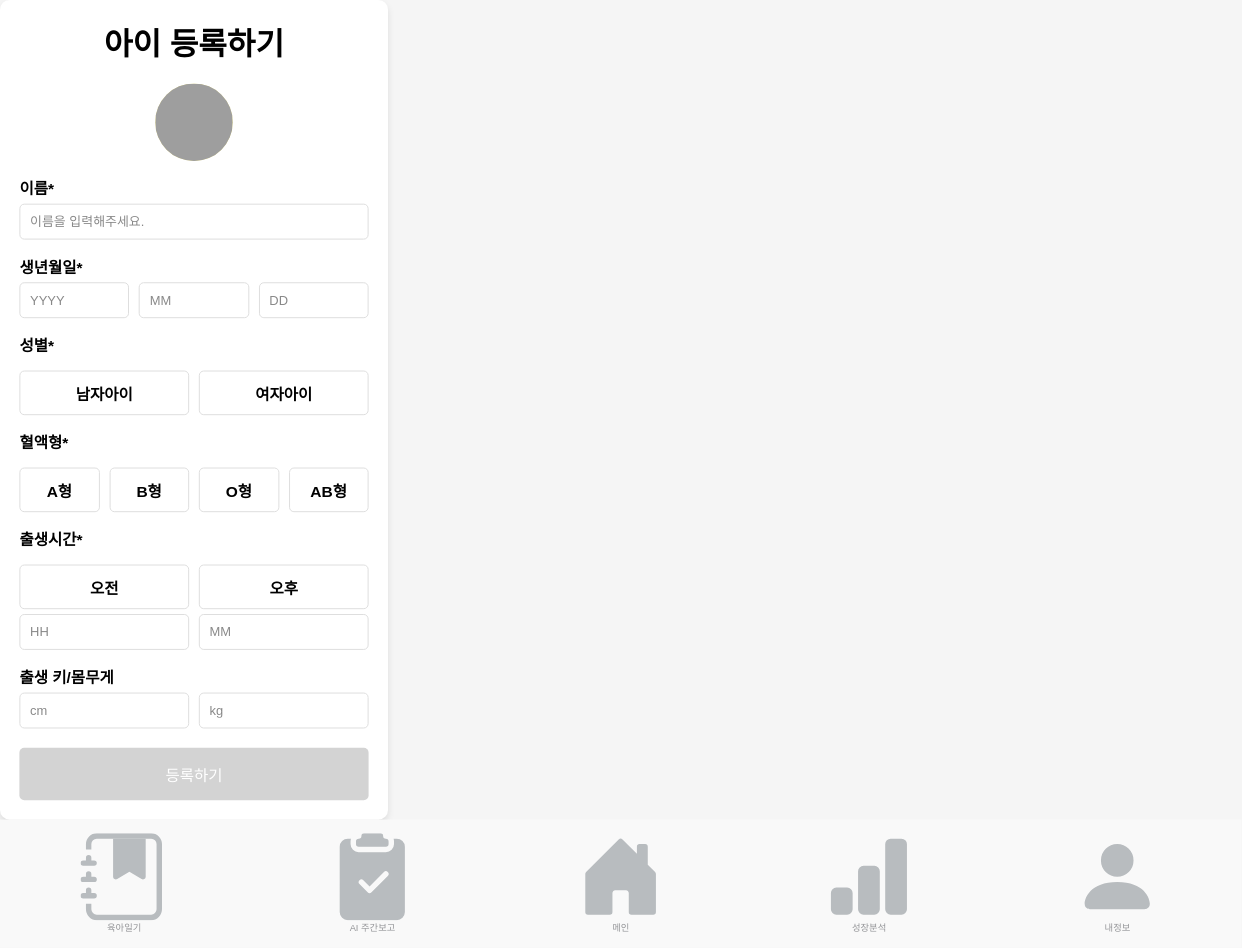
Repository: fromBirth/frombirth-frontend
Page: /mypage/register
The author's editor kept a copy of each file at every save. The page is drawn from the files as they stood at one save, then again after the next save.
The browser window is 1280 px wide. The pictures show the whole page, at 97% of full size.
Pictures or frames that could not be fetched are drawn as grey boxes. Some web fonts or font styles are not loaded; a fallback is used. The project was rebuilt for these pictures with package versions that can differ from the ones it lists, and the page was loaded fresh each time. Also part of the build but not shown: vite.config.js.

Above is the page before, as saved 2024-10-30 12:05:39.

### index.html
<!doctype html>
<html lang="en">
  <head>
    <meta charset="UTF-8" />
    <link rel="icon" type="image/svg+xml" href="/fromBirthIcon" />
    <meta name="viewport" content="width=device-width, initial-scale=1.0" />
    <script src="https://t1.kakaocdn.net/kakao_js_sdk/2.7.2/kakao.min.js" integrity="sha384-TiCUE00h649CAMonG018J2ujOgDKW/kVWlChEuu4jK2vxfAAD0eZxzCKakxg55G4" crossorigin="anonymous"></script>
    <title>fromBirth</title>
  </head>
  <body>
    <div id="root"></div>
    <script type="module" src="/src/main.jsx"></script>
  </body>
</html>

### src/main.jsx
/* src/main.jsx */

// StrictMode와 createRoot 함수를 React에서 import
import { StrictMode } from 'react'
import { createRoot } from 'react-dom/client'
// 애플리케이션의 메인 컴포넌트인 App을 import
import App from './App.jsx'

// React 애플리케이션의 루트 DOM 요소에 App 컴포넌트를 렌더링
createRoot(document.getElementById('root')).render(
  <StrictMode>
    <App />
  </StrictMode>,
)

### src/App.jsx
/* src/App.jsx */

// 전체 애플리케이션에 라우팅 기능을 제공하는 BrowserRouter를 import
import { BrowserRouter as Router } from 'react-router-dom';
// 전역적으로 인증 상태를 관리하기 위해 AuthProvider를 import
import { AuthProvider } from './contexts/AuthContext';
// 애플리케이션의 전체 라우팅 구성을 위한 AppRouter를 import
import AppRouter from './routes/AppRouter'; // 라우팅 설정을 불러옴

// App 컴포넌트는 애플리케이션의 최상위 컴포넌트로, 인증과 라우팅을 관리
function App() {
    return (
        <AuthProvider>  {/* 인증 컨텍스트 제공 */}
            <Router>  {/* 라우팅 제공 */}
                <AppRouter /> {/* 전체 라우팅 설정 */}
            </Router>
        </AuthProvider>
    );
}

// App 컴포넌트를 기본으로 내보내기
export default App;

### src/contexts/AuthContext.jsx
/* src/contexts/AuthContext.jsx */

import { createContext, useState } from 'react';

// Context 생성
export const AuthContext = createContext();

// Context Provider 컴포넌트
export const AuthProvider = ({ children }) => {
    const [isAuthenticated, setIsAuthenticated] = useState(false);

    // 로그인/로그아웃 상태 변경 함수
    const toggleAuth = () => {
        setIsAuthenticated(!isAuthenticated);
    };

    return (
        <AuthContext.Provider value={{ isAuthenticated, toggleAuth }}>
            {children}
        </AuthContext.Provider>
    );
};

### src/routes/AppRouter.jsx
/* src/routes/AppRouter.jsx */

// React Router의 Routes와 Route 컴포넌트를 사용해 라우팅 구성
import { Routes, Route, Navigate } from 'react-router-dom';
// React에서 컴포넌트를 동적 로딩할 수 있도록 Suspense와 lazy를 사용
import { Suspense, lazy } from 'react';
// PATHS 객체를 import하여 경로를 상수로 관리
import { PATHS } from './paths';
// 전체 레이아웃 컴포넌트로, 로그인이 필요한 페이지의 공통 레이아웃으로 사용
import Layout from '../components/common/Layout.jsx';
// 스피너 컴포넌트 import
import Spinner from '../components/common/Spinner.jsx';
// 전역 스타일 파일을 import하여 스타일 적용
import '/src/assets/styles/common.css';

// React.lazy를 사용하여 동적 import로 각 페이지를 로딩하여 초기 로딩 속도 최적화
const Login = lazy(() => import('../components/login/Login.jsx'));
const Dashboard = lazy(() => import('../components/dashboard/Dashboard.jsx'));
const BabyDiary = lazy(() => import('../components/baby-diary/BabyDiary.jsx'));
const DiaryList = lazy(() => import('../components/baby-diary/DiaryList.jsx'));
const DiaryListPhoto = lazy(() => import('../components/baby-diary/DiaryListPhoto.jsx'));
const DiaryRegister = lazy(() => import('../components/baby-diary/DiaryRegister.jsx'));
const DiaryDetail = lazy(() => import('../components/baby-diary/DiaryDetail.jsx'));
const WeeklyReport = lazy(() => import('../components/weekly-report/WeeklyReport.jsx'));
const GrowthAnalysis = lazy(() => import('../components/growth-analysis/GrowthAnalysis.jsx'));
const MyPage = lazy(() => import('../components/my-page/MyPage.jsx'));
const ChildRegister = lazy(() => import('../components/my-page/ChildRegister.jsx'));

function AppRouter() {
    return (
        // Suspense로 동적 로딩 중 스피너 화면 표시
        <Suspense fallback={<Spinner />}>
            <Routes>
                {/* 로그인 페이지 */}
                <Route path={PATHS.LOGIN} element={<Login />} />

                {/* 기본 경로에서 메인 대시보드 화면으로 리다이렉트 */}
                <Route path="/" element={<Navigate to={PATHS.DASHBOARD} />} />

                {/* Layout 컴포넌트를 상위 요소로 하여 로그인이 필요한 페이지 구성 */}
                <Route element={<Layout />}>
                    {/* 메인 대시보드 페이지 */}
                    <Route path={PATHS.DASHBOARD} element={<Dashboard />} />

                    {/* BabyDiary 관련 페이지 */}
                    <Route path={PATHS.BABY_DIARY} element={<BabyDiary />} />
                    <Route path={PATHS.DIARY_LIST} element={<DiaryList />} />
                    <Route path={PATHS.DIARY_LIST_PHOTO} element={<DiaryListPhoto />} />
                    <Route path={PATHS.DIARY_REGISTER} element={<DiaryRegister />} />
                    <Route path={PATHS.DIARY_DETAIL} element={<DiaryDetail />} />

                    {/* WeeklyReport 페이지 */}
                    <Route path={PATHS.WEEKLY_REPORT} element={<WeeklyReport />} />

                    {/* GrowthAnalysis 페이지 */}
                    <Route path={PATHS.GROWTH_ANALYSIS} element={<GrowthAnalysis />} />

                    {/* MyPage 관련 페이지 */}
                    <Route path={PATHS.MY_PAGE} element={<MyPage />} />
                    <Route path={PATHS.CHILD_REGISTER} element={<ChildRegister />} />
                </Route>
            </Routes>
        </Suspense>
    );
}

export default AppRouter;

### src/components/common/Spinner.jsx
/* src/components/Spinner.jsx */

const Spinner = () => {
    return (
        <div className="spinner-overlay">
            <div className="spinner"></div>
        </div>
    );
};

export default Spinner;

### src/assets/styles/common.css
/* src/assets/styles/common.css */

/* 🔴 폰트 설정 */
@font-face { font-family: 'Pretendard'; font-weight: 100; font-style: normal; src: url('https://cdn.jsdelivr.net/gh/webfontworld/pretendard/Pretendard-Thin.woff') format('woff'); font-display: swap; }
@font-face { font-family: 'Pretendard'; font-weight: 200; font-style: normal; src: url('https://cdn.jsdelivr.net/gh/webfontworld/pretendard/Pretendard-ExtraLight.woff') format('woff'); font-display: swap; }
@font-face { font-family: 'Pretendard'; font-weight: 300; font-style: normal; src: url('https://cdn.jsdelivr.net/gh/webfontworld/pretendard/Pretendard-Light.woff') format('woff'); font-display: swap; }
@font-face { font-family: 'Pretendard'; font-weight: 400; font-style: normal; src: url('https://cdn.jsdelivr.net/gh/webfontworld/pretendard/Pretendard-Regular.woff') format('woff'); font-display: swap; }
@font-face { font-family: 'Pretendard'; font-weight: 500; font-style: normal; src: url('https://cdn.jsdelivr.net/gh/webfontworld/pretendard/Pretendard-Medium.woff') format('woff'); font-display: swap; }
@font-face { font-family: 'Pretendard'; font-weight: 600; font-style: normal; src: url('https://cdn.jsdelivr.net/gh/webfontworld/pretendard/Pretendard-SemiBold.woff') format('woff'); font-display: swap; }
@font-face { font-family: 'Pretendard'; font-weight: 700; font-style: normal; src: url('https://cdn.jsdelivr.net/gh/webfontworld/pretendard/Pretendard-Bold.woff') format('woff'); font-display: swap; }
@font-face { font-family: 'Pretendard'; font-weight: 800; font-style: normal; src: url('https://cdn.jsdelivr.net/gh/webfontworld/pretendard/Pretendard-ExtraBold.woff') format('woff'); font-display: swap; }
@font-face { font-family: 'Pretendard'; font-weight: 900; font-style: normal; src: url('https://cdn.jsdelivr.net/gh/webfontworld/pretendard/Pretendard-Black.woff') format('woff'); font-display: swap; }
/* HakgyoansimDunggeunmisoTTF 폰트 설정 (로컬 파일) */
@font-face { font-family: 'HakgyoansimDunggeunmisoTTF-B'; src: url('/src/assets/fonts/Hakgyoansim-Dunggeunmiso-TTF-B.ttf') format('truetype'); font-weight: normal; font-style: normal; }
@font-face { font-family: 'HakgyoansimDunggeunmisoTTF-R'; src: url('/src/assets/fonts/Hakgyoansim-Dunggeunmiso-TTF-R.ttf') format('truetype'); font-weight: normal; font-style: normal; }

/* 🔴 css 초기화 설정 */
html, body { font-family: "Pretendard", sans-serif; height: 100%; margin: 0; padding: 0; }
* { margin: 0; padding: 0; box-sizing: border-box; }
a { text-decoration: none; color: black; }
ul, li, ol, dl, dd { list-style: none; margin: 0; }
img { max-width: 100%; height: auto; border: 0; }
table { border-collapse: collapse; border-spacing: 0; }
td, th { padding: 0; }
input[type="checkbox"] { cursor: pointer; }
button { appearance: none; border: 0; background: transparent; font: inherit; outline: none; cursor: pointer; }
button:disabled { cursor: default; }
label { margin: 0; font-weight: normal; }
p { margin: 0; }
.container { padding: 0; }
.input-field { transition: all 0.3s ease; }
input::placeholder { color: #888; }

/* 🔴 색상 등 전역 변수 설정 */
:root { --logo-color: #FF893C; --button-disabled-color: #E6E9F0; --menu-symbol-color: #B8BCBF; --menu-text-color: #949598; --background-color: #F4F7FC;}

/* 🔴 루트 컨테이너 크기 설정 */
#root { height: 100vh; width: 100vw; }

/* 🔴 로딩 스피너 */
.spinner-overlay { position: fixed; top: 0; left: 0; width: 100vw; height: 100vh; display: flex; justify-content: center; align-items: center; background: rgba(255, 255, 255, 0.8); z-index: 1000; }
.spinner { width: 40px; height: 40px; border: 5px solid rgba(0, 0, 0, 0.1); border-top-color: #3498db; border-radius: 50%; animation: spin 1s linear infinite; }
@keyframes spin { to { transform: rotate(360deg); }  }

### src/components/my-page/ChildRegister.jsx
import React from 'react';
import './ChildRegister.css';

const MyPage = () => {
    return (
        <div className="container">
            <h1>아이 등록하기</h1>
            <div className="profile-pic">
                <img src="profile-placeholder.png" alt="Profile Picture" />
            </div>

            <form>
                <label htmlFor="name">이름*</label>
                <input type="text" id="name" placeholder="이름을 입력해주세요." required />

                <label>생년월일*</label>
                <div className="flex-row">
                    <input type="number" placeholder="YYYY" min="1900" max="2099" required />
                    <input type="number" placeholder="MM" min="1" max="12" required />
                    <input type="number" placeholder="DD" min="1" max="31" required />
                </div>

                <label>성별*</label>
                <div className="gender">
                    <input type="radio" id="male" name="gender" required />
                    <label htmlFor="male">남자아이</label>
                    <input type="radio" id="female" name="gender" required />
                    <label htmlFor="female">여자아이</label>
                </div>

                <label>혈액형*</label>
                <div className="blood-type">
                    <input type="radio" id="a" name="blood" required />
                    <label htmlFor="a">A형</label>
                    <input type="radio" id="b" name="blood" required />
                    <label htmlFor="b">B형</label>
                    <input type="radio" id="o" name="blood" required />
                    <label htmlFor="o">O형</label>
                    <input type="radio" id="ab" name="blood" required />
                    <label htmlFor="ab">AB형</label>
                </div>

                <label>출생시간*</label>
                <div className="birth-time">
                    <input type="radio" id="am" name="birth-time" required />
                    <label htmlFor="am">오전</label>
                    <input type="radio" id="pm" name="birth-time" required />
                    <label htmlFor="pm">오후</label>
                </div>
                <div className="flex-row">
                    <input type="number" placeholder="HH" min="0" max="23" required />
                    <input type="number" placeholder="MM" min="0" max="59" required />
                </div>

                <label>출생 키/몸무게</label>
                <div className="flex-row">
                    <input type="number" placeholder="cm" required />
                    <input type="number" placeholder="kg" required />
                </div>

                <button type="submit" className="submit-btn">등록하기</button>
            </form>
        </div>
    );
};

export default MyPage;

### src/assets/styles/layout.css
/* src/assets/styles/layout.css */

/* 전체 레이아웃 */
.layout { display: flex; flex-direction: column; min-height: 100vh; width: 100vw; }

/* 콘텐츠 */
.layout .content { flex-grow: 1; }

/* 중앙 컨테이너 스타일 */
.layout .content .container { background-color: white; width: 90%; max-width: 400px; padding: 20px; border-radius: 10px; box-shadow: 0 4px 8px rgba(0, 0, 0, 0.1); }

/* 헤더 스타일 */
.layout .content .container .header { display: flex; align-items: center; gap: 10px; margin-bottom: 20px; }
.layout .content .container .header .profile-image { width: 40px; height: 40px; border-radius: 50%; background-color: #f0e68c; }
.layout .content .container .header .header-title { font-size: 18px; }
.layout .content .container .header .header-dropdown { font-size: 14px; color: gray; }

/* footer */
.layout .footer { background-color: #F9F9F9; text-align: center; }
.layout .footer .footer-nav { display: flex; justify-content: space-around; }
.layout .footer .footer-nav .nav-item { display: flex; flex-direction: column; justify-content: center; color: #949598; font-size: 0.6em; min-width: 12vw; margin: 1vh 3vw; padding: 1vh 1vw; }
.layout .footer .footer-nav .nav-item.btn-active { background-color: #FE8A3C1F; color: #FF893C; border-radius:9px; }
.layout .footer .footer-nav .nav-item svg { margin: auto; width: 7vw; }

### src/components/my-page/ChildRegister.css
body {
    font-family: Arial, sans-serif;
    display: flex;
    justify-content: center;
    align-items: center;
    min-height: 100vh;
    margin: 0;
    background-color: #f5f5f5;
}
.container {
    background-color: white;
    width: 90%;
    max-width: 400px;
    padding: 20px;
    border-radius: 10px;
    box-shadow: 0 4px 8px rgba(0, 0, 0, 0.1);
}
h1 {
    text-align: center;
    margin-bottom: 20px;
}
.profile-pic {
    display: flex;
    justify-content: center;
    margin-bottom: 15px;
}
.profile-pic img {
    width: 80px;
    height: 80px;
    border-radius: 50%;
    background-color: #f0e68c;
}
label {
    font-weight: bold;
    display: block;
    margin-top: 15px;
}
input[type="text"], input[type="number"] {
    width: 100%;
    padding: 10px;
    margin-top: 5px;
    border: 1px solid #ddd;
    border-radius: 5px;
    box-sizing: border-box;
}
.flex-row {
    display: flex;
    gap: 10px;
}
.flex-row input {
    flex: 1;
}
.gender, .blood-type, .birth-time {
    display: flex;
    gap: 10px;
}
.gender label, .blood-type label, .birth-time label {
    flex: 1;
    padding: 10px;
    border: 1px solid #ddd;
    border-radius: 5px;
    text-align: center;
    cursor: pointer;
}
.gender input[type="radio"], .blood-type input[type="radio"], .birth-time input[type="radio"] {
    display: none;
}
.gender input[type="radio"]:checked + label,
.blood-type input[type="radio"]:checked + label,
.birth-time input[type="radio"]:checked + label {
    background-color: #f0f8ff;
    border-color: #3b82f6;
}
.submit-btn {
    width: 100%;
    padding: 15px;
    margin-top: 20px;
    background-color: #d3d3d3;
    border: none;
    border-radius: 5px;
    font-size: 16px;
    color: white;
    cursor: pointer;
}

Loaded but not shown: src/routes/paths.js (29 lines, source omitted); src/components/common/Layout.jsx (92 lines, source omitted)

After the next save:
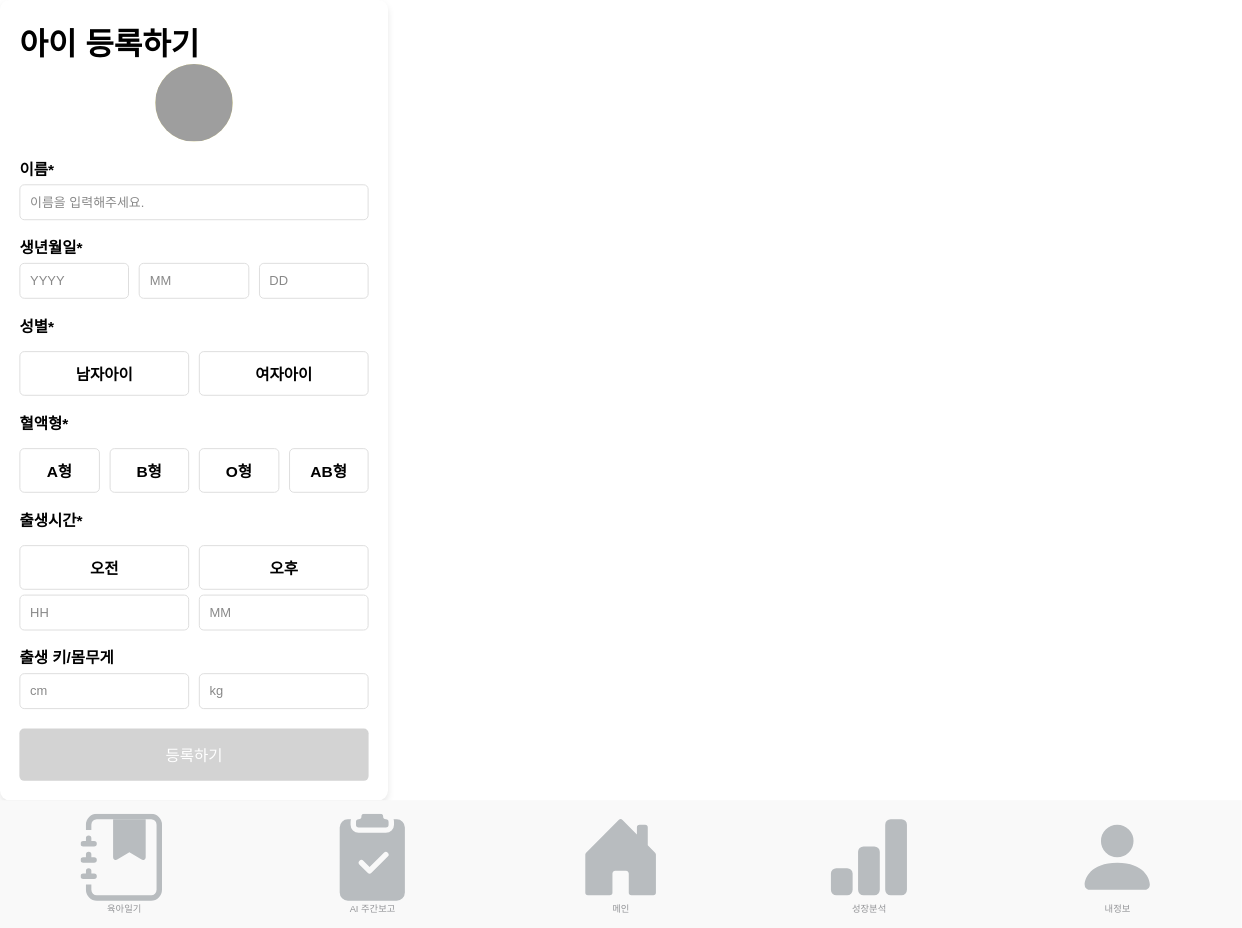
Saved 6 s later.
--- a/src/components/my-page/ChildRegister.css
+++ b/src/components/my-page/ChildRegister.css
@@ -1,84 +1,13 @@
-body {
-    font-family: Arial, sans-serif;
-    display: flex;
-    justify-content: center;
-    align-items: center;
-    min-height: 100vh;
-    margin: 0;
-    background-color: #f5f5f5;
-}
-.container {
-    background-color: white;
-    width: 90%;
-    max-width: 400px;
-    padding: 20px;
-    border-radius: 10px;
-    box-shadow: 0 4px 8px rgba(0, 0, 0, 0.1);
-}
-h1 {
-    text-align: center;
-    margin-bottom: 20px;
-}
-.profile-pic {
-    display: flex;
-    justify-content: center;
-    margin-bottom: 15px;
-}
-.profile-pic img {
-    width: 80px;
-    height: 80px;
-    border-radius: 50%;
-    background-color: #f0e68c;
-}
-label {
-    font-weight: bold;
-    display: block;
-    margin-top: 15px;
-}
-input[type="text"], input[type="number"] {
-    width: 100%;
-    padding: 10px;
-    margin-top: 5px;
-    border: 1px solid #ddd;
-    border-radius: 5px;
-    box-sizing: border-box;
-}
-.flex-row {
-    display: flex;
-    gap: 10px;
-}
-.flex-row input {
-    flex: 1;
-}
-.gender, .blood-type, .birth-time {
-    display: flex;
-    gap: 10px;
-}
-.gender label, .blood-type label, .birth-time label {
-    flex: 1;
-    padding: 10px;
-    border: 1px solid #ddd;
-    border-radius: 5px;
-    text-align: center;
-    cursor: pointer;
-}
-.gender input[type="radio"], .blood-type input[type="radio"], .birth-time input[type="radio"] {
-    display: none;
-}
+.profile-pic { display: flex; justify-content: center; margin-bottom: 15px; }
+.profile-pic img { width: 80px; height: 80px; border-radius: 50%; background-color: #f0e68c; }
+label { font-weight: bold; display: block; margin-top: 15px; }
+input[type="text"], input[type="number"] { width: 100%; padding: 10px; margin-top: 5px; border: 1px solid #ddd; border-radius: 5px; box-sizing: border-box; }
+.flex-row { display: flex; gap: 10px; }
+.flex-row input { flex: 1; }
+.gender, .blood-type, .birth-time { display: flex; gap: 10px; }
+.gender label, .blood-type label, .birth-time label { flex: 1; padding: 10px; border: 1px solid #ddd; border-radius: 5px; text-align: center; cursor: pointer; }
+.gender input[type="radio"], .blood-type input[type="radio"], .birth-time input[type="radio"] { display: none; }
 .gender input[type="radio"]:checked + label,
 .blood-type input[type="radio"]:checked + label,
-.birth-time input[type="radio"]:checked + label {
-    background-color: #f0f8ff;
-    border-color: #3b82f6;
-}
-.submit-btn {
-    width: 100%;
-    padding: 15px;
-    margin-top: 20px;
-    background-color: #d3d3d3;
-    border: none;
-    border-radius: 5px;
-    font-size: 16px;
-    color: white;
-    cursor: pointer;
-}
+.birth-time input[type="radio"]:checked + label { background-color: #f0f8ff; border-color: #3b82f6; }
+.submit-btn { width: 100%; padding: 15px; margin-top: 20px; background-color: #d3d3d3; border: none; border-radius: 5px; font-size: 16px; color: white; cursor: pointer; }

After the save that followed:
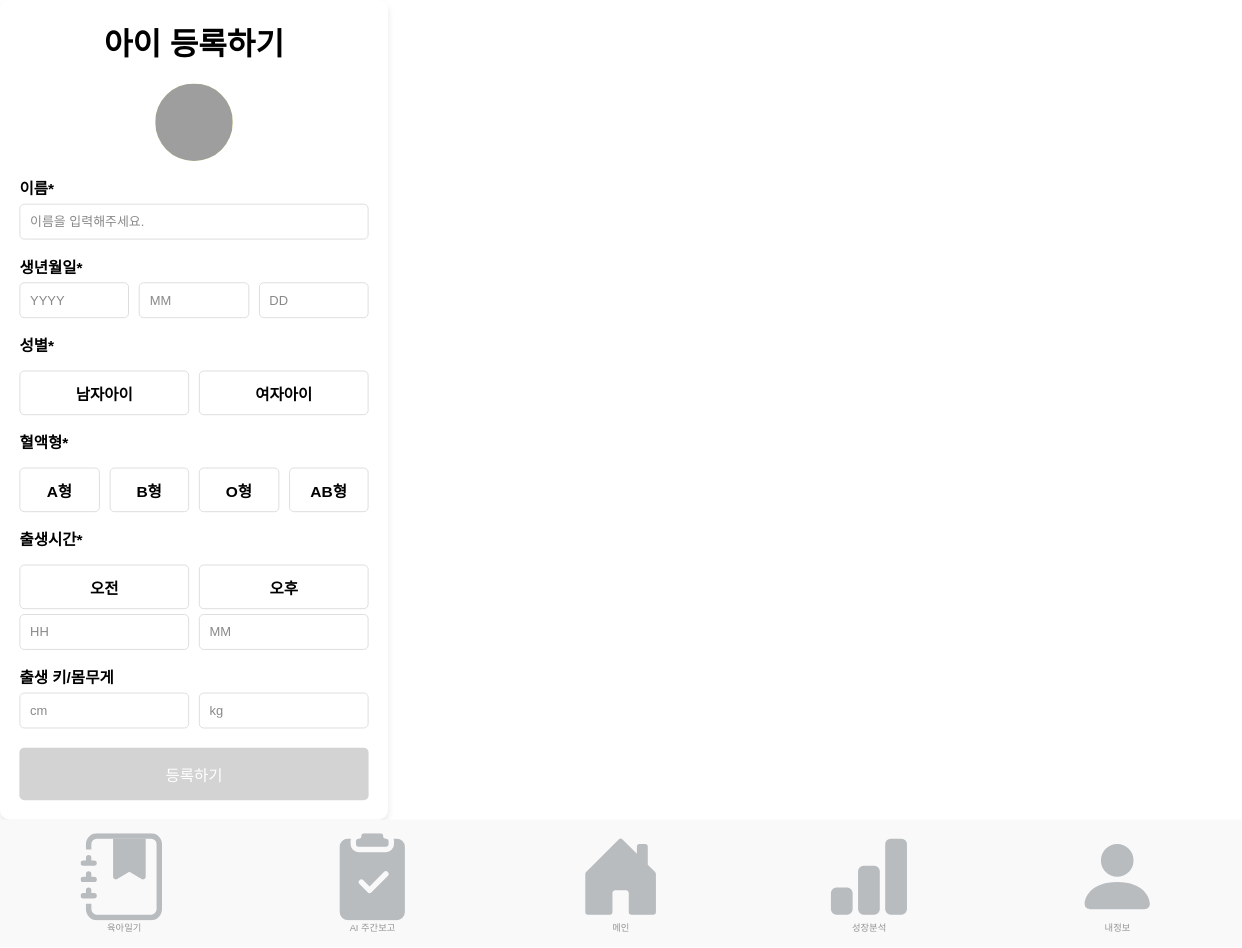
Saved 11 s later.
--- a/src/components/my-page/ChildRegister.css
+++ b/src/components/my-page/ChildRegister.css
@@ -1,3 +1,4 @@
+h1 { text-align: center; margin-bottom: 20px; }
 .profile-pic { display: flex; justify-content: center; margin-bottom: 15px; }
 .profile-pic img { width: 80px; height: 80px; border-radius: 50%; background-color: #f0e68c; }
 label { font-weight: bold; display: block; margin-top: 15px; }
